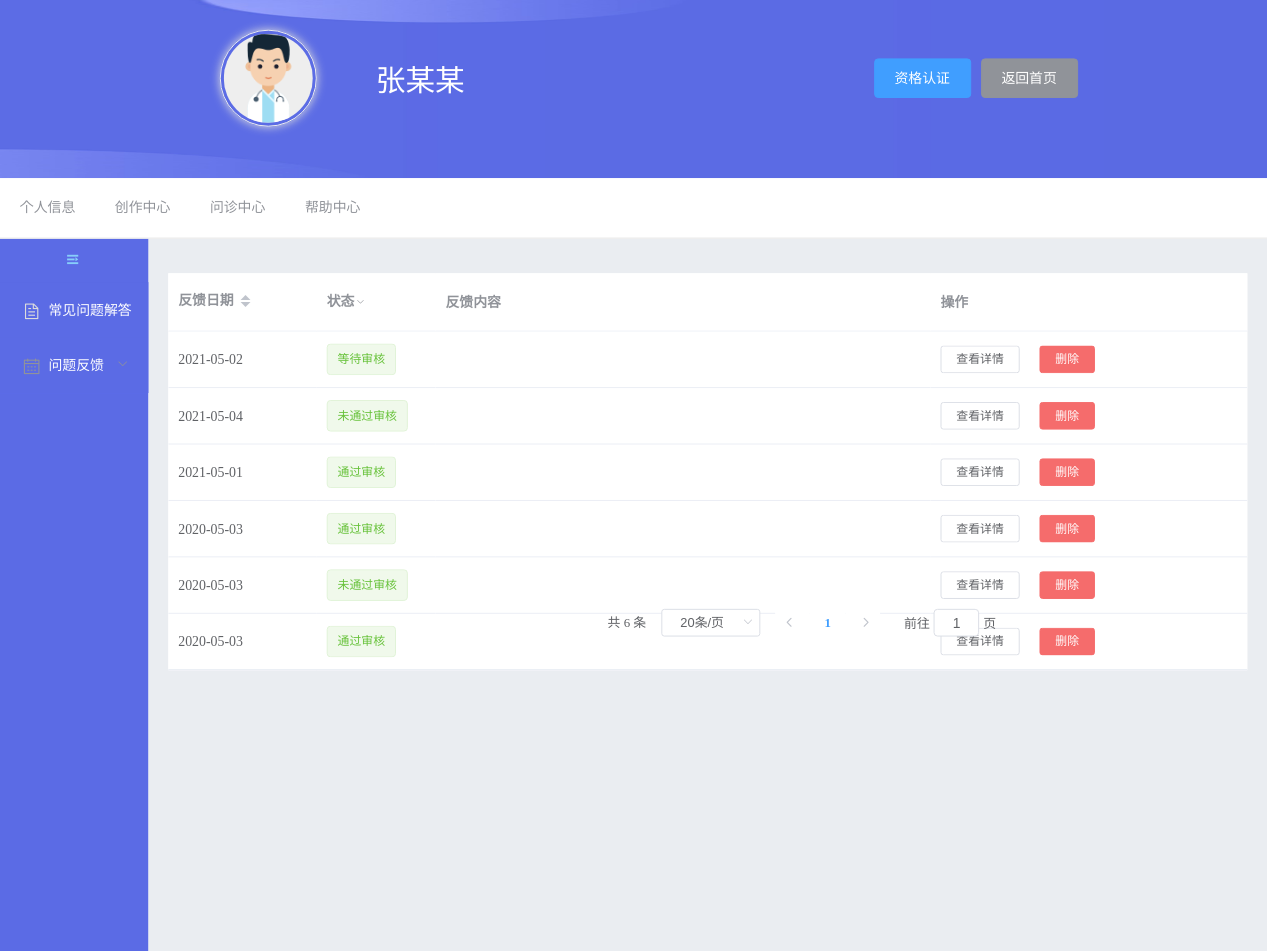
Repository: DiscreteL/SOA_Front
Page: /#/feedbackList
An editor plug-in stored every save of this project. The page is shown before and after the next save, followed by the edit.
The browser window is 1280 px wide. The pictures show the whole page, at 99% of full size.
The project was rebuilt for these pictures with package versions that can differ from the ones it lists, and the page was loaded fresh each time. Also part of the build but not shown: vue.config.js, src/components/navigation.vue, src/components/dialog.vue, src/views/news.vue, src/components/announcement.vue, src/components/patientKnow.vue, src/views/Home.vue, src/views/login.vue and 15 more.

Above is the page before, as saved 2021-11-29 19:15:53.

### src/main.js
import Vue from 'vue'
import App from './App.vue'
import router from './router'
import store from './store'
import ElementUI from 'element-ui';
import 'element-ui/lib/theme-chalk/index.css';
import instance_ from "@/utils/api";

Vue.use(ElementUI);

Vue.config.productionTip = false

Vue.prototype.instance = instance_

new Vue({
  router,
  store,
  render: h => h(App)
}).$mount('#app')

router.beforeEach((to, from, next) => {
  /* 路由发生变化修改页面title */
  if (to.meta.title) {
      document.title = to.meta.title
  }
  next()
})

### src/App.vue
<template>
  <div id="app">
    <router-view/>
  </div>
</template>

<style lang="less" scoped>
</style>

<script>
export default {
  name: 'app'
}
</script>

### src/utils/api.js
//输出通用axios实例
import axios from 'axios';
axios.defaults.withCredentials = false

const instance = axios.create({
  timeout: 10000,
   headers: {
    'Content-Type': "multipart/form-data;charset=utf-8",
  }
});

export default {
  //GqvbYer04485869e6b5acbed4ed10dfd79468f6d84577b1

   diseaseList (data) {
     return instance.get("https://api.apishop.net/common/disease/queryDiseaseList?apiKey=GqvbYer04485869e6b5acbed4ed10dfd79468f6d84577b1&page=1&pageSize=50", data);
   },
   diseaseInfo(data){
    return instance.get("https://api.apishop.net/common/disease/queryDiseaseInfo?apiKey=GqvbYer04485869e6b5acbed4ed10dfd79468f6d84577b1&diseaseID="+data);
   }


//   allUser () {
//     return instance.post('/api/user');
//   },
//   allProduct () {
//    return instance.post('/api/product')
//   },
//   upload (data) {
//     return instance.post('/api/upload',data)
//   },
//   regist (data){
//   	return instance.post('/api/createOrUpdateUser',data)
//   }
};

### src/views/doctor/helpCenter.vue
<template>
  <div class="home_container">
    <UserHomeNav2></UserHomeNav2>
    <!--页面主体区-->
    <el-container>
      <!--侧边栏-->
      <el-aside :width="isCollapse ? '64px' : '150px'">
        <div class="toggle-button" @click="toggleCollapse">
          <div v-if="this.isCollapse == true">
            <i class="el-icon-s-fold"></i>
          </div>
          <div v-else>
            <i class="el-icon-s-unfold"></i>
          </div>
        </div>
        <el-menu
          background-color="#5b6be5"
          text-color="#fff"
          active-text-color="#409EFF"
          :collapse="isCollapse"
          :collapse-transition="false"
          :router="true"
          :default-active="activePath"
        >
          <el-menu-item index="/problems" @click="saveNavState('/problems')">
            <i class="el-icon-document" style="color: #dcdcdc"></i>
            <span slot="title">常见问题解答</span>
          </el-menu-item>
          <el-submenu index="1">
            <template slot="title">
              <i class="el-icon-date"></i>
              <span>问题反馈</span>
            </template>
            <el-menu-item
              index="/feedback"
              @click="saveNavState('/feedback')"
            >
              <i tyle="color: #dcdcdc"></i>
              <span slot="title">我要反馈</span>
            </el-menu-item>
            <el-menu-item index="/feedbackList" @click="saveNavState('/feedbackList')">
              <i style="color: #dcdcdc"></i>
              <span slot="title">反馈记录</span>
            </el-menu-item>
          </el-submenu>
        </el-menu>
      </el-aside>
      <!--右侧主体区-->
      <el-main>
        <router-view></router-view>
      </el-main>
    </el-container>
  </div>
</template>

<script>
import UserHomeNav2 from "@/components/userhomenav2.vue";

export default {
  name: "ConsultCenter",
  components: {
    UserHomeNav2,
  },
  data() {
    return {
      // 默认不折叠
      isCollapse: false,
      // 被激活导航地址
      activePath: "",
    };
  },
  created() {
    this.getMenuList();
    this.activePath = window.sessionStorage.getItem("activePath");
  },
  methods: {
    toggleCollapse() {
      this.isCollapse = !this.isCollapse;
    },
    saveNavState(activePath) {
      window.sessionStorage.setItem("activePath", activePath);
      this.activePath = activePath;
    },
  },
};
</script>

<style lang="less" scoped>
html,
body {
  width: 100%;
  height: 100%;
  margin: 0px;
  padding: 0px;
}
.home_container {
  height: 100vh;
}
.el-container {
  height: 100%;
}
.el-aside {
  background-color: #5b6be5;
  .el-menu {
    border-right: none;
  }
}
.el-main {
  background-color: #eaedf1;
}
.toggle-button {
  background-color: #5b6be5;
  font-size: 15px;
  line-height: 24px;
  color: #87cefa;
  text-align: center;
  letter-spacing: 0.2em;
  cursor: pointer;
  padding: 10px;
}
.logo_box {
  height: 60px;
  width: 60px;
  border: 5px #53868b;
  border-radius: 50%; /* 圆角 */
  position: relative;
  margin: 30px;
}
.port_box img {
  width: 100%;
  height: 100%;
  border-radius: 50%; /* 圆角 */
  background-color: #53868b;
}
</style>

### src/views/doctor/help/feedbackList.vue
<template>
  <div class="feedbackForm">
    <div class="form" style="margin-top: 15px">
      <el-table
        ref="filterTable"
        :data="
          tableData.slice((currentPage - 1) * pageSize, currentPage * pageSize)
        "
        style="width: 100%"
      >
        <el-table-column
          prop="date"
          label="反馈日期"
          sortable
          width="150"
          column-key="date"
        >
        </el-table-column>
        <el-table-column
          prop="status"
          label="状态"
          width="120"
          :filters="[
            { text: '等待回复', value: '等待回复' },
            { text: '已回复', value: '已回复' }
          ]"
          :filter-method="filterStatus"
          filter-placement="bottom-end"
        >
          <template slot-scope="scope">
            <el-tag
              :type="scope.row.status === '等待回复' ? 'primary' : 'success'"
              disable-transitions
            >
              {{ scope.row.status }}
            </el-tag>
          </template>
        </el-table-column>
        <el-table-column
          prop="content"
          label="反馈内容"
          width="500"
          :show-overflow-tooltip="true"
        >
        </el-table-column>
        <el-table-column label="操作">
            <el-button size="mini" @click="dialogTableVisible = true"
            >查看详情</el-button
          >
          <el-dialog :visible.sync="dialogTableVisible">
            <el-descriptions
              title="反馈内容详情"
              direction="vertical"
              :column="4"
              border
            >
              <el-descriptions-item label="反馈提交时间"
                >2021-05-02</el-descriptions-item
              >
              <el-descriptions-item label="状态">
                <el-tag size="small" type="success">已回复</el-tag>
              </el-descriptions-item>
              <el-descriptions-item label="相关文件" :span="2">
                  <el-link href="https://element.eleme.io" type="primary" >点击下载</el-link>
             </el-descriptions-item>
             <el-descriptions-item label="回复内容" :span="4"
                >感谢您的反馈！现已对bug进行了修复！</el-descriptions-item
              >
            </el-descriptions>
          </el-dialog>
          <el-button
            size="mini"
            type="danger"
            style="margin-left: 20px"
            @click="del"
            >删除</el-button
          >
        </el-table-column>
      </el-table>
    </div>
    <div class="block">
      <el-pagination
        align="center"
        @size-change="handleSizeChange"
        @current-change="handleCurrentChange"
        :current-page="currentPage"
        :page-sizes="[1, 5, 10, 20]"
        :page-size="pageSize"
        layout="total, sizes, prev, pager, next, jumper"
        :total="tableData.length"
      >
      </el-pagination>
    </div>
  </div>
</template>

<script>
export default {
  data() {
    return {
      tableData: [
        {
          date: "2021-05-02",
          status: "等待审核",
          title: "过敏性哮喘患者在饮食上有什么禁忌？",
          label: "生活常识",
          content: "",
        },
        {
          date: "2021-05-04",
          status: "未通过审核",
          title: "小儿支气管炎，别怕！六招教你如何护理！",
          label: "生活常识",
          content: ""
        },
        {
          date: "2021-05-01",
          status: "通过审核",
          title: "新生儿黄疸要注意！你知道引起黄疸的真正原因吗？",
          label: "疾病科普",
          content: ""
        },
        {
          date: "2020-05-03",
          status: "通过审核",
          title: "新生儿黄疸护理方法出来啦，一起来学学吧",
          label: "其他",
          content: ""
        },
        {
          date: "2020-05-03",
          status: "未通过审核",
          title: "小儿先天性膈疝临床表现有哪些",
          label: "疾病科普",
          content: ""
        },
        {
          date: "2020-05-03",
          status: "通过审核",
          title: "小儿慢性肾衰如何治疗，需要注意什么",
          label: "疾病科普",
          content: ""
        },
      ],
      dialogTableVisible: false,
      dialogFormVisible: false,
      currentPage: 1, // 当前页码
      total: 20, // 总条数
      pageSize: 20, // 每页的数据条数
      form: {
        reason: "",
        region: 0,
        delivery: false,
      },
      formLabelWidth: "120px",
      formArticle: {
        title: "",
        content: "",
      },
    };
  },
  methods: {
    filterHandler(value, row, column) {
      const property = column["property"];
      return row[property] === value;
    },
    filterStatus(value, row) {
      return row.status === value;
    },
    filterLabel(value, row) {
      return row.label === value;
    },
    //每页条数改变时触发 选择一页显示多少行
    handleSizeChange(val) {
      console.log(`每页 ${val} 条`);
      this.currentPage = 1;
      this.pageSize = val;
    },
    //当前页改变时触发 跳转其他页
    handleCurrentChange(val) {
      console.log(`当前页: ${val}`);
      this.currentPage = val;
    },
    del() {
      this.$confirm("此操作将永久删除该文章, 是否继续?", "提示", {
        confirmButtonText: "确定",
        cancelButtonText: "取消",
        type: "warning",
      })
        .then(() => {
          this.$message({
            type: "success",
            message: "删除成功!",
          });
        })
        .catch(() => {
          this.$message({
            type: "info",
            message: "已取消删除",
          });
        });
    },
    onSubmit() {
      console.log("submit!");
    },
    clear() {
      this.$refs.form.resetFields();
    },
  },
};
</script>

<style scoped>
.feedbackForm {
  width: 100%;
  display: flex;
  flex-direction: column;
}
.form {
  float: left;
  width: 100%;
}
.el-table .warning-row {
  background: oldlace;
}

.el-table .success-row {
  background: #f0f9eb;
}
.block {
  float: left;
  width: 100%;
  position: fixed;
  bottom: 75px;
}
</style>

### src/components/userhomenav2.vue
<template>
  <div class="container">
    <div class="head">
      <div class="background">
        <img src="@/assets/back.jpg" alt="" width="100%" height="100%" />
      </div>
      <div class="headmain">
        <div class="left">
          <!-- 头像部分 -->
          <div class="port_box">
            <img src="../assets/docPort.png" />
          </div>

          <!-- 个人信息部分 -->
          <div
            class="Info"
            style="color: white; font-size: 30px; font-family: 宋体"
          >
            {{ userName }}<br />
          </div>
        </div>
        <div>
            <el-button type="primary" @click="certify">资格认证</el-button>
          <el-button type="info" @click="returnhome">返回首页</el-button>
        </div>
      </div>
    </div>
    <div class="navBar">
      <el-menu
        :default-active="this.$route.path"
        class="el-menu-demo"
        router
        mode="horizontal"
        active-text-color="#409EFF"
      >
        <el-menu-item v-for="(item, i) in navList" :key="i" :index="item.name">
          {{ item.navItem }}
        </el-menu-item>
      </el-menu>
    </div>
    <div></div>
  </div>
</template>

<script>
export default {
  name: "UserHomeNav2",
  data() {
    return {
      //   userID: window.sessionStorage.getItem("id"),
      userName: "张某某",
      navList: [
        { name: "/userHome2", navItem: "个人信息" },
        { name: "/messageCenter", navItem: "创作中心" },
        { name: "/consultCenter", navItem: "问诊中心" },
        { name: "/helpCenter", navItem: "帮助中心" },
      ],
    };
  },
  methods: {
    returnhome(){
      this.$router.push("/home");
    },
    certify(){

    }
  },
};
</script>

<style scoped>
.head {
  height: 180px;
  width: 100%;
}
.background {
  width: 100%;
  height: 180px;
  z-index: -1;
  position: absolute;
}
.headmain {
  display: flex;
  justify-content: space-around;
  align-items: center;

}
.left {
  display: flex;
  align-items: center;
}
.port_box {
  height: 90px;
  width: 90px;
  border: 1px solid #eee;
  border-radius: 50%; /* 圆角 */
  padding: 3px; /*图片和边框之间的间距 */
  box-shadow: 0 0 10px #ddd; /*阴影 */
  position: relative;
  margin: 30px;
}
.port_box img {
  width: 100%;
  height: 100%;
  border-radius: 50%; /* 圆角 */
  background-color: #eee;
}

.Info {
  text-align: left;
  font: 15px "Microsoft YaHei";
  margin: 30px;
  position: relative;
}
</style>

### src/axios/url.js
import patient from './modules/patient';
import alluser from './modules/alluser';
import doctor from './modules/doctor';
import admin from './modules/admin';
export default {
    patient,
    alluser,
    doctor,
    admin,
};

### src/axios/request.js
import axios from './axios';
export default {
  // get请求
  get(url, param) {
    return new Promise((resolve, reject) => {
      axios({
        method: 'get',
        url,
        params: param
      })
        .then((res = {}) => {
          if (res.code !== '200') reject(res);
          resolve(res);
        })
        .catch(_ => {
          reject(_)});
    });
  },
  // post请求
  post(url, param) {
    return new Promise((resolve, reject) => {
      axios({
        method: 'post',
        url,
        data: param,
      })
        .then((res = {}) => {
          if (res.code !== '200') reject(res);
          resolve(res);
        })
        .catch(_ => reject(_));
    });
  },
};

### src/axios/modules/patient.js
export default {
    getDocListData:'/Patient/GetDoctorList',
    getDrugData:'/Patient/GetDrugInforList',
    getHosData:'/Patient/GetHospitalList',
    getNoticeData:'/Patient/GetNoticeList',
    getDiseaseData:'/Patient/GetDiseaseList',
    patientLogin:'/Patient/Login',
    doctorLogin:'/Doctor/Login',
    patientRegister:'/Patient/Register',
    doctorRegister:'/Doctor/Register',
    postReservationData:'/Patient/PostReservation',
    sendAcidForm:'/Patient/PostAppOfNuc',
    sendOffineReservation:'/Patient/PostOfflineApp',
    getCart:'/Patient/GetCart',
    clearCart:'/Patient/EmptyCart',
    addCart:'/Patient/AddDrug',
    getDocInfoData:'/Patient/GetDoctor',
    getDrugsIncludedListData:'/Patient/GetIncludeList',
    postRateData:'/Patient/PostRating',
    getPreData:'/Patient/GetPre',
    getDiseaseListData:'/Patient/GetDiseaseList',//存在重复
    getDepartmentListData:'/Patient/GetDepartmentList',//存在重复
    getPatientInfo:'/Patient/GetPatiInfor',
    postAutoAddData:'/Patient/AutoAddDrug',
    getDrugListData:'/Patient/GetDrugInforList',//存在重复
    getLocalImg:'/Patient/GetImg',
    getNAT:'/Patient/GetAppsOfNuc',
    postNoticeData:'/Admin/PostNotice',
    deleteNotice:'/Admin/DeleteNotice',
    getPaiIno:'/Patient/GetPatient',
    getOfflineApp:'/Patient/GetOfflineAppList',
    getReservations:'/Patient/GetReservations',
    getPatiBMI:'/Patient/GetPatiInfor',
    getHospital:'/Patient/GetHospital',
    getPreData:'/Patient/GetPre',
    postPaiIno:'/Patient/ModInfor',
    postUpdateReservation:'Patient/UpdateReservation',
    postRectifyOfflineApp:'/Patient/RectifyOfflineApp',
    postRectifyNucleicApp:'/Patient/RectifyNucleicApp',
    updateReservationData:'/Patient/UpdateReservation',
    getDoctorData:'/Doctor/GetDoctor',
    getRecordsData:'/Doctor/GetReservationLists',
    getCompletedRecordsData:'/Doctor/GetRecords'
  };

### src/axios/modules/alluser.js
export default{
    sendChatMes:'/Base/PostChat',
    getChatMes:'/Base/GetChat'
};

### src/axios/modules/doctor.js
export default {
    getPatientInfoData:'/Doctor/GetPatient',
    postPreData:'/Doctor/PostPre',
    postMedicineIncludedData:'/Doctor/PostInclude',
    postReportData:'/Doctor/PostReport',
    getDocIno:'/Doctor/GetDoctor',
};

### src/axios/modules/admin.js
export default {
    getReportListData:'/Admin/GetReportForms',
    getNoticeListData:'/Admin/GetNoticeList',
    postNoticeData:'/Admin/PostNotice'
}

### src/axios/axios.js
import axios from 'axios';
import router from '../router';
import Vue from 'vue';
import qs from 'qs';
//import store from '../store/index';

//import Storage from '../utils/storages';


// 错误状态码处理提示
class MessageTip extends Vue {
  static messageTipInstance = null;
  messageTip = null;

  static instance() {
    if (!this.messageTipInstance) {
      this.messageTipInstance = new MessageTip();
    }
    this.messageTipInstance;
  }

  // 提示信息
  msgInfo(msg) {
    this.messageTip && this.messageTip.close();
    this.messageTip = this.$message({
      showClose: true,
      message: msg,
      type: 'error',
      center: true
    });
  }

  // 错误信息
  errorInfo(errorCode) {
    this.messageTip && this.messageTip.close();
    let msg = '';
    switch (errorCode) {
      case '400':
        msg = '请求错误';
        break;
      case '401':
        msg = '登录会话过期，请重新登录';
        break;
      case '403':
        msg = '拒绝访问';
        break;
      case '404':
        msg = '请求地址出错';
        break;
      case '408':
        msg = '请求超时';
        break;
      case '500':
        msg = '服务器内部错误';
        break;
      case '501':
        msg = '服务器未实现';
        break;
      case '502':
        msg = '网络错误';
        break;
      case '503':
        msg = '服务不可用';
        break;
      case '504':
        msg = '网关超时';
        break;
      case '505':
        msg = 'HTTP版本不受支持';
        break;
    }
    this.messageTip = this.$message({
      showClose: true,
      message: msg,
      type: 'error',
      center: true
    });
  }
}

const messageTip = new MessageTip();

axios.defaults.headers.post['Content-Type'] = 'application/json';

axios.defaults.withCredentials = true;
axios.defaults.baseURL = '/api';
axios.defaults.timeout = 5000;
// 请求拦截器
axios.interceptors.request.use(
  config => {
    if(config.method === 'post') {
      config.data = qs.stringify(config.data)
      config.url += '?' + config.data
    }
    else {
      config.params = qs.stringify(config.params)
      config.url += '?' + config.params
    }
    //config.headers.token = localStorage.getItem('$token_info');
    return config;
  },
  error => {
    return Promise.reject(error);
  }
);

// 响应拦截器
axios.interceptors.response.use(
  response => {
    response.data = {
      result:response.data,
      code:`${response.status}`
    }
    if (response && response.data && response.data.code !== '200') {
      response.data.msg && messageTip.msgInfo(response.data.msg);
      console.log(response)
      return Promise.reject(response.data);
    }
    return response.data;
  },
  error => {
    console.log(error)
    console.log(error.response)
    if (
      error &&
      error.response &&
      error.response.status &&
      messageTip.errorInfo(error.response.status)
    ) {
      return Promise.reject(error);
    }
  }
);
export default axios;

Loaded but not shown: public/index.html (common file); src/store/index.js (common file); src/router/index.js (280 lines, source omitted); src/service/userService.js (198 lines, source omitted)

After the next save:
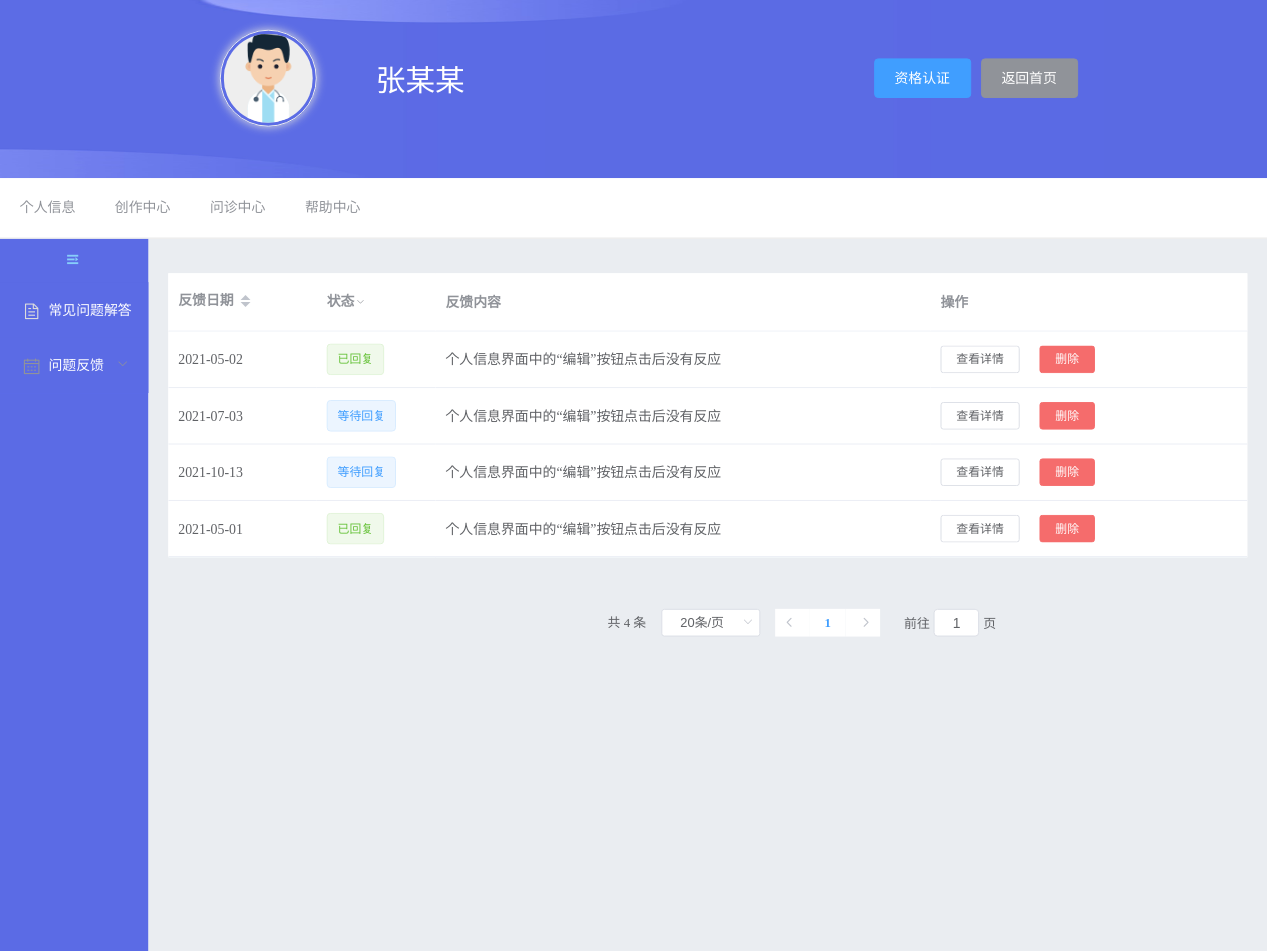
Saved 93 s later.
--- a/src/views/doctor/help/feedbackList.vue
+++ b/src/views/doctor/help/feedbackList.vue
@@ -101,46 +101,24 @@ export default {
       tableData: [
         {
           date: "2021-05-02",
-          status: "等待审核",
-          title: "过敏性哮喘患者在饮食上有什么禁忌？",
-          label: "生活常识",
-          content: "",
+          status: "已回复",
+          content: "个人信息界面中的“编辑”按钮点击后没有反应",
         },
         {
-          date: "2021-05-04",
-          status: "未通过审核",
-          title: "小儿支气管炎，别怕！六招教你如何护理！",
-          label: "生活常识",
-          content: ""
+          date: "2021-07-03",
+          status: "等待回复",
+          content: "个人信息界面中的“编辑”按钮点击后没有反应",
         },
         {
+          date: "2021-10-13",
+          status: "等待回复",
+          content: "个人信息界面中的“编辑”按钮点击后没有反应",
+        },
+        {
           date: "2021-05-01",
-          status: "通过审核",
-          title: "新生儿黄疸要注意！你知道引起黄疸的真正原因吗？",
-          label: "疾病科普",
-          content: ""
-        },
-        {
-          date: "2020-05-03",
-          status: "通过审核",
-          title: "新生儿黄疸护理方法出来啦，一起来学学吧",
-          label: "其他",
-          content: ""
-        },
-        {
-          date: "2020-05-03",
-          status: "未通过审核",
-          title: "小儿先天性膈疝临床表现有哪些",
-          label: "疾病科普",
-          content: ""
-        },
-        {
-          date: "2020-05-03",
-          status: "通过审核",
-          title: "小儿慢性肾衰如何治疗，需要注意什么",
-          label: "疾病科普",
-          content: ""
-        },
+          status: "已回复",
+          content: "个人信息界面中的“编辑”按钮点击后没有反应",
+        }
       ],
       dialogTableVisible: false,
       dialogFormVisible: false,
